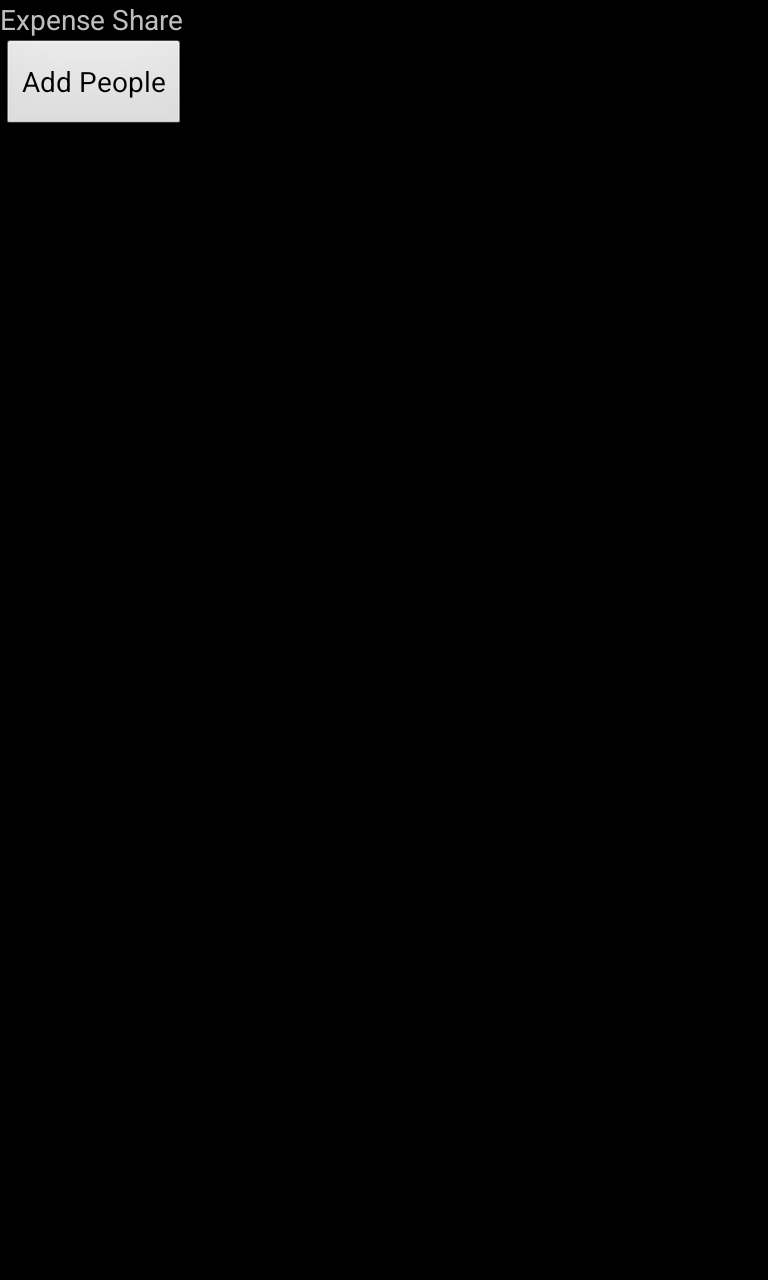
Repository: iyeranan/Expenses
Layout: Expenses/res/layout/main.xml
These files come from the project's save history. The layout is drawn as it stood at one moment and after the next save; the edit follows.
It is drawn on a 768 x 1280 px phone screen (xhdpi) without system bars, with theme android:Theme; the app's code is not run.

Above is the layout before, as saved 2012-01-06 22:59:54.

After the next save:
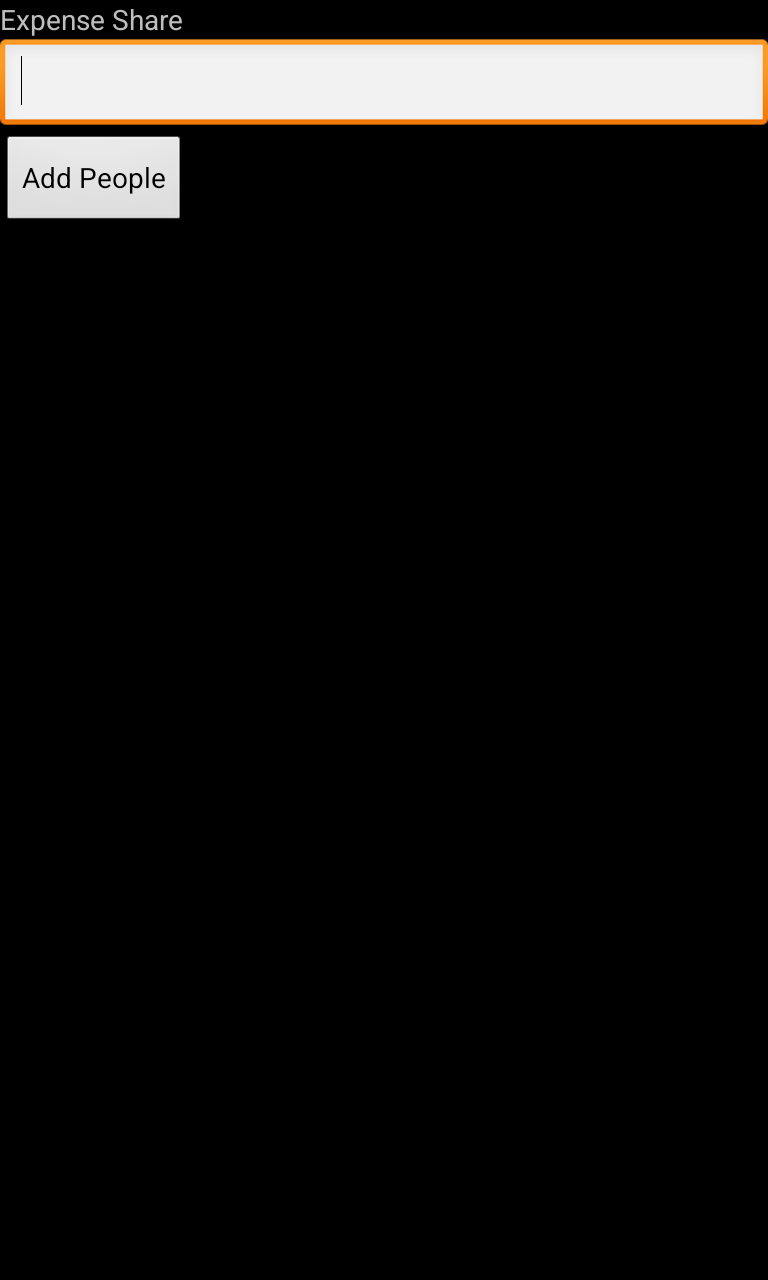
Saved 26 min 42 s later.
--- a/Expenses/res/layout/main.xml
+++ b/Expenses/res/layout/main.xml
@@ -1,14 +1,15 @@
 <?xml version="1.0" encoding="utf-8"?>
 <LinearLayout xmlns:android="http://schemas.android.com/apk/res/android"
     android:orientation="vertical"
-    android:layout_width="fill_parent"
-    android:layout_height="fill_parent"
-    >
+    android:layout_height="fill_parent" android:layout_width="wrap_content">
 <TextView
     android:layout_width="fill_parent"
     android:layout_height="wrap_content"
     android:text="@string/hello"
     />
+<EditText android:id="@+id/editText1" android:layout_height="wrap_content" android:layout_width="fill_parent">
+    <requestFocus></requestFocus>
+</EditText>
 <Button android:layout_width="wrap_content" android:layout_height="wrap_content" android:text="Add People" android:id="@+id/btnAddPeople"></Button>
 <TableLayout android:layout_width="fill_parent" android:layout_height="wrap_content" android:id="@+id/tblPersons">
     <TableRow android:id="@+id/tableRow1" android:layout_width="wrap_content" android:layout_height="wrap_content"></TableRow>
